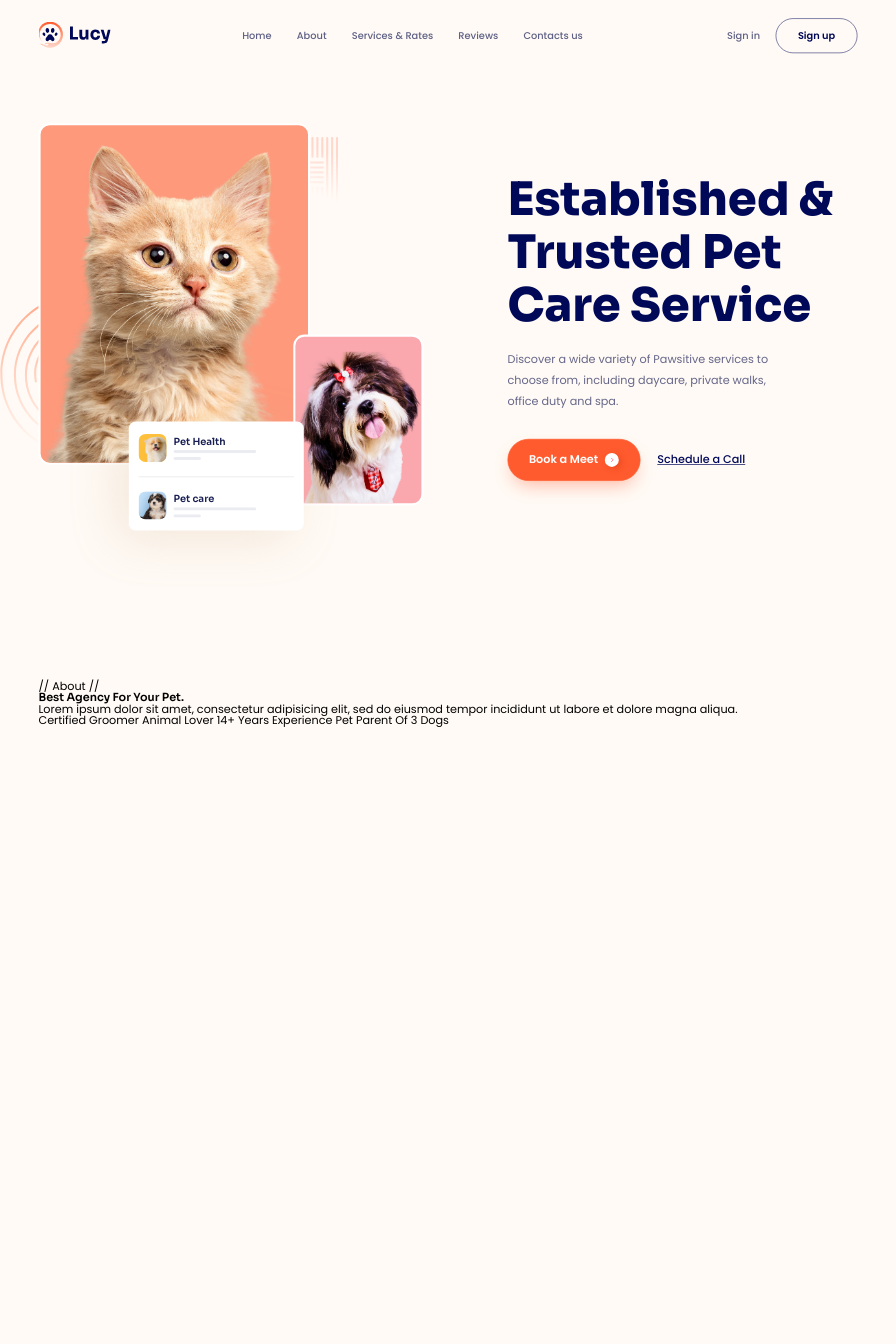
Repository: empty24062002/f8-project-05
Page: index.html
The author's editor kept a copy of each file at every save. The page is drawn from the files as they stood at one save, then again after the next save.
The browser window is 1280 px wide. The pictures show the part of the page from y = 0 to 1920 px (the page is 10965 px tall), at 70% of full size.

Above is the page before, as saved 2023-09-11 09:31:02.

After the next save:
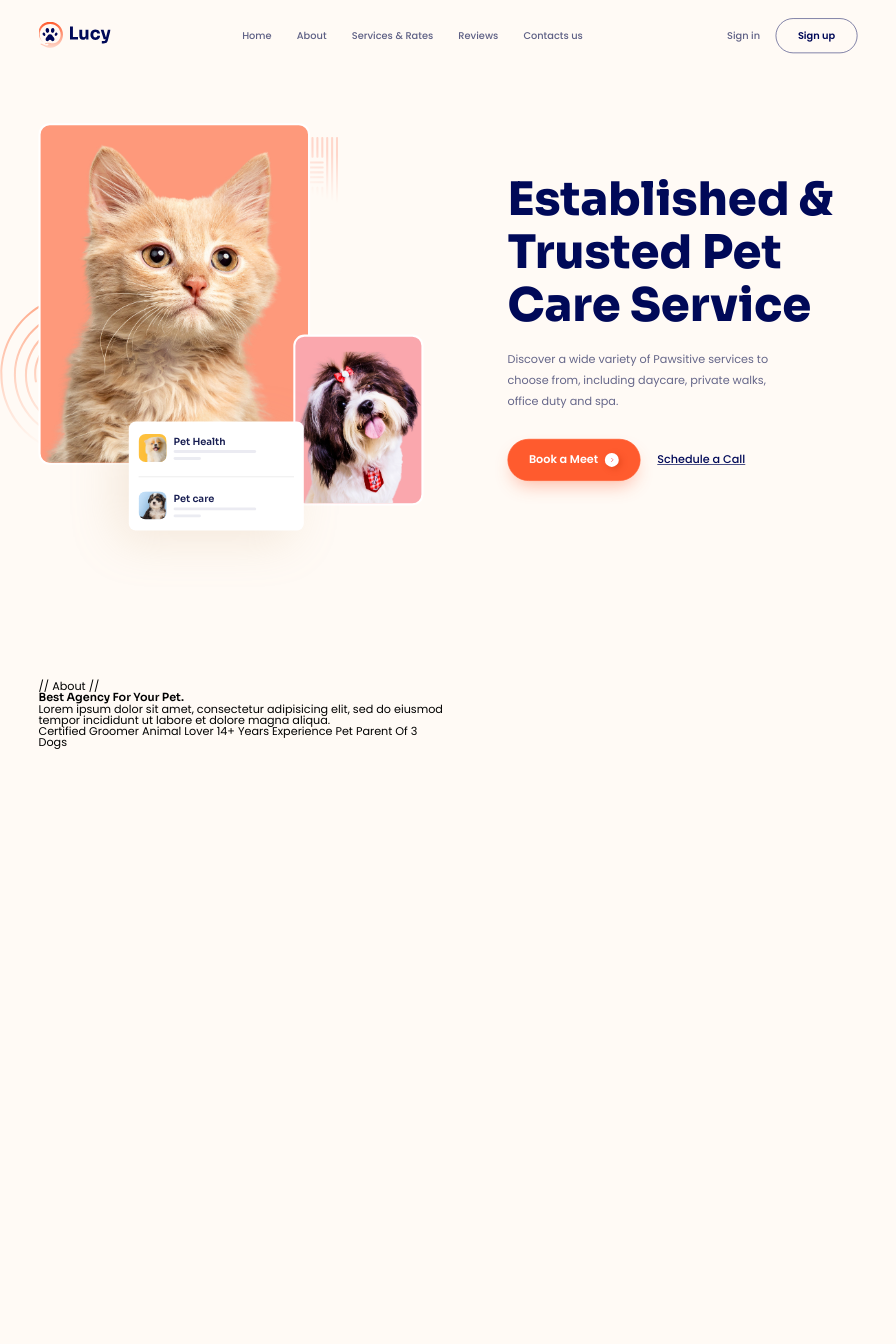
Saved 2 min 31 s later.
--- a/assets/css/styles.css
+++ b/assets/css/styles.css
@@ -280,3 +280,8 @@ a {
     margin-top: 207px;
     padding: 8px 0;
 }
+
+.about__inner {
+    display: grid;
+    grid-template-columns: 1fr 1fr;
+}
